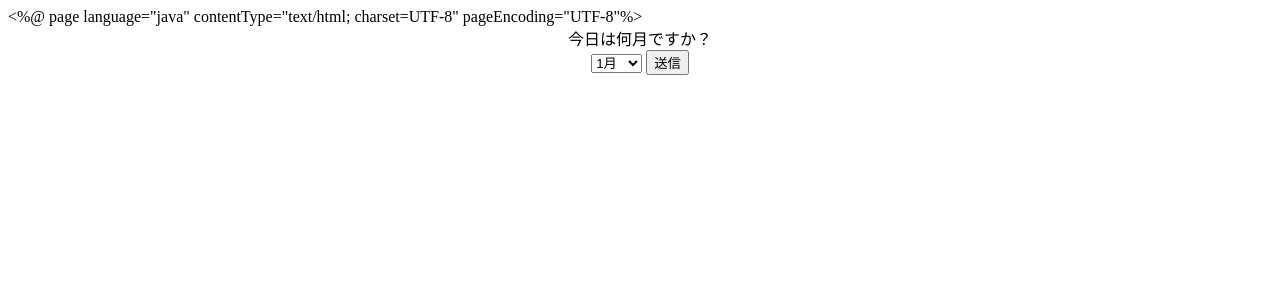
Repository: MASAKI-knf/curriculum
Page: 4-2/src/main/webapp/WEB-INF/select.html
An editor plug-in stored every save of this project. The page is shown before and after the next save, followed by the edit.
The browser window is 1280 px wide. The pictures show the whole page.

Above is the page before, as saved 2021-10-18 22:19:38.

### 4-2/src/main/webapp/WEB-INF/select.html
<%@ page language="java" contentType="text/html; charset=UTF-8"
pageEncoding="UTF-8"%>

<!DOCTYPE html>
<html>
<head>
<meta charset="utf-8">
<title>select</title>
</head>
<body>
 <div align="center">
 今日は何月ですか？
 <!--問① web.xmlのurl-patternを確認しformの遷移先を指定しましょう。 -->
 <form action="/4-2/month" method="post">

 <select name="month">

 <option value="1">1月</option>
 <option value="2">2月</option>
 <!--問② 3月~12月も同様に選択できるよう記述しましょう。 -->
 <option value="3">3月</option>
 <option value="4">4月</option>
 <option value="5">5月</option>
 <option value="6">6月</option>
 <option value="7">7月</option>
 <option value="8">8月</option>
 <option value="9">9月</option>
 <option value="10">10月</option>
 <option value="11">11月</option>
 <option value="12">12月</option>
 </select>
  <input type="submit" name="button" value="送信">
 </form>
 </div>
</body>
</html>

After the next save:
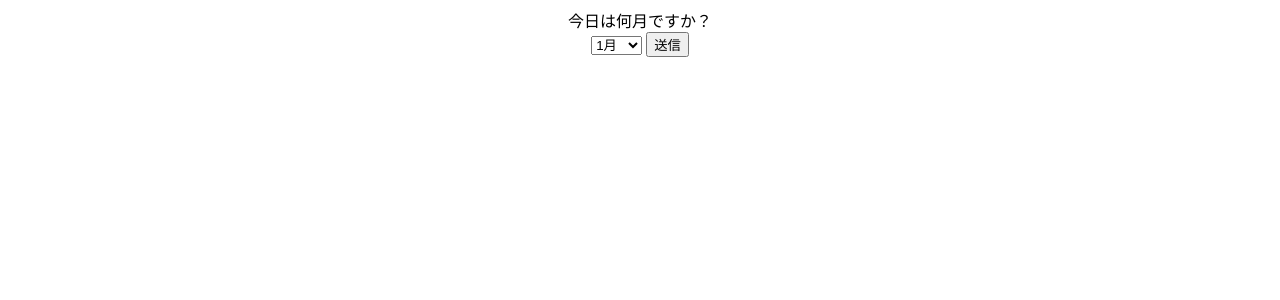
Saved 3 s later.
--- a/4-2/src/main/webapp/WEB-INF/select.html
+++ b/4-2/src/main/webapp/WEB-INF/select.html
@@ -1,6 +1,3 @@
-<%@ page language="java" contentType="text/html; charset=UTF-8"
-pageEncoding="UTF-8"%>
-
 <!DOCTYPE html>
 <html>
 <head>
@@ -11,7 +8,9 @@ pageEncoding="UTF-8"%>
  <div align="center">
  今日は何月ですか？
  <!--問① web.xmlのurl-patternを確認しformの遷移先を指定しましょう。 -->
- <form action="/4-2/month" method="post">
+
+
+ <form action="/month" method="post">
 
  <select name="month">
 
